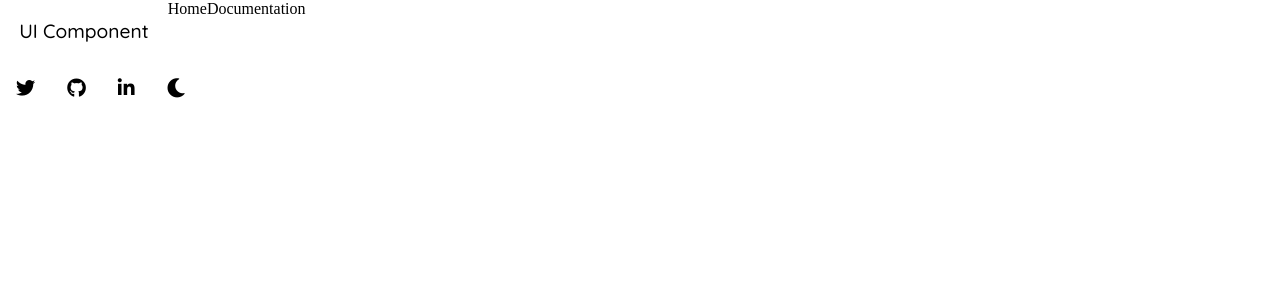
Repository: anuj-kumary/cmp-liab
Page: index.html
An editor plug-in stored every save of this project. The page is shown before and after the next save, followed by the edit.
The browser window is 1280 px wide. The pictures show the whole page.
Some web libraries are served in a nearby version.

Above is the page before, as saved 2022-01-13 21:02:43.

### index.html
<!DOCTYPE html>
<html lang="en">

<head>
    <meta charset="UTF-8">
    <meta http-equiv="X-UA-Compatible" content="IE=edge">
    <meta name="viewport" content="width=device-width, initial-scale=1.0">
    <title>U&I | Home</title>
    <link rel="stylesheet" href="style.css">
    <link rel="stylesheet" href="https://cdnjs.cloudflare.com/ajax/libs/font-awesome/5.10.0/css/all.min.css" integrity="sha512-PgQMlq+nqFLV4ylk1gwUOgm6CtIIXkKwaIHp/PAIWHzig/lKZSEGKEysh0TCVbHJXCLN7WetD8TFecIky75ZfQ==" crossorigin="anonymous" referrerpolicy="no-referrer" />
</head>
<body>
<nav>
    <div class="navbar">
        <p class="logo">UI Component</p>
        <p>Home</p>
        <p>Documentation</p>
    </div>
    <ul class="social-Link">
        <li><i class="fab fa-twitter"></i></li>
        <li><i class="fab fa-github"></i></li>
        <li><i class="fab fa-linkedin-in"></i></li>
        <li><i class="fas fa-moon"></i></i></li>
    </ul>
</nav>

</body>
</html>

### style.css
@import url('https://fonts.googleapis.com/css2?family=Montserrat:wght@300;500;600&family=Quicksand:wght@300;400;500;600;700&display=swap');
*{
    margin: 0;
    padding: 0;
    box-sizing: border-box;
}
:root {
   --font-family: 'Quicksand', sans-serif;
  }
body{
    min-height: 100vh;
    width: 100vw;
}
nav,{
    display: flex;
    justify-content: space-between;
    align-items: center;
    height: 9vh;
    background: #fcfcfc;
    box-shadow: rgba(0, 0, 0, 0.1) 0px 0px 5px 0px, rgba(0, 0, 0, 0.1) 0px 0px 1px 0px;
}
.logo{
    font-size: 1.2rem;
    padding: 1.2rem;
    font-family: var(--font-family);
    font-weight: 500;
}
.social-Link,.navbar{
    display: flex;
}
li{
    list-style-type: none;
    justify-items: center;
    padding: 1rem;
    font-size: 1.2rem;
    cursor: pointer;
}
li:hover{
    color: #dc143c;
}

After the next save:
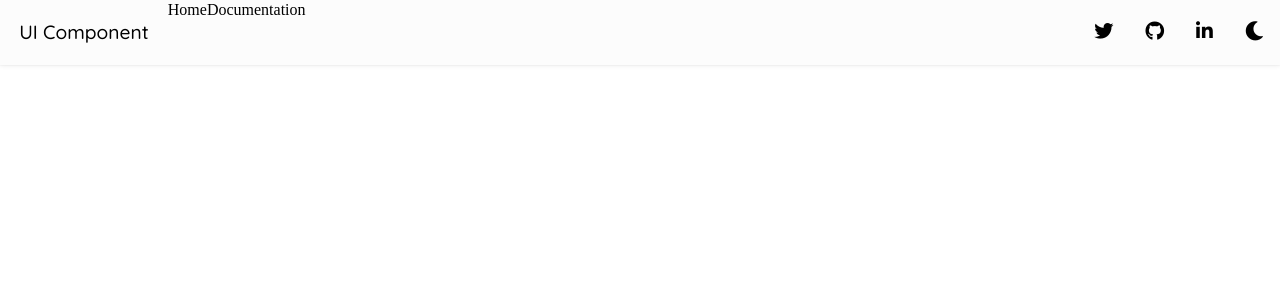
Saved 6 s later.
--- a/style.css
+++ b/style.css
@@ -11,7 +11,7 @@ body{
     min-height: 100vh;
     width: 100vw;
 }
-nav,{
+nav{
     display: flex;
     justify-content: space-between;
     align-items: center;
